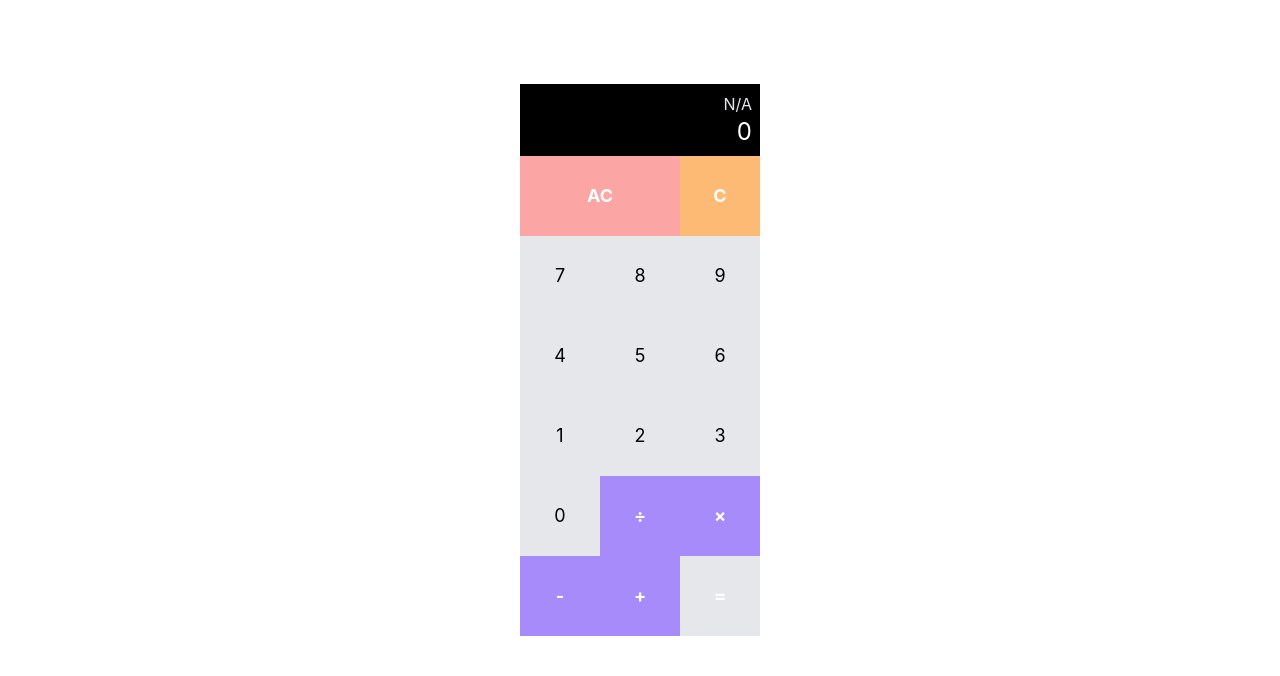
Repository: BrianPhamDev/calculator_app
Page: /
The author's editor kept a copy of each file at every save. The page is drawn from the files as they stood at one save, then again after the next save.
The browser window is 1280 px wide. The pictures show the whole page.
The project was rebuilt for these pictures with package versions that can differ from the ones it lists, and the page was loaded fresh each time. Also part of the build but not shown: vite.config.js.

Above is the page before, as saved 2024-01-09 14:48:27.

After the next save:
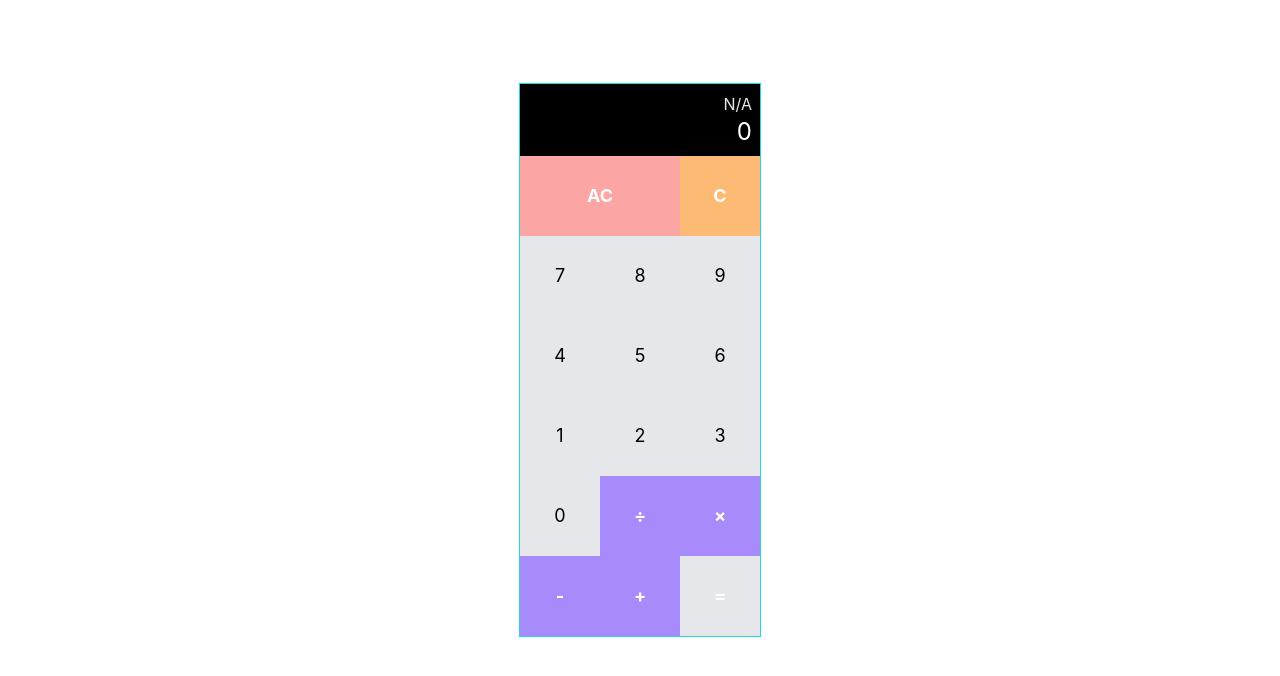
Saved 8 s later.
--- a/src/components/Calculator.jsx
+++ b/src/components/Calculator.jsx
@@ -16,7 +16,7 @@ const Calculator = () => {
   const [{ current, previous, operation }, dispatch] = useReducer(reducer, {});
 
   return (
-    <div className="border border-white">
+    <div className="border border-cyan-400">
       <div className="w-60 h-fit bg-black text-white flex flex-col items-end justify-around p-2 break-words break-all">
         <div className="previous text-gray-200">{previous || "N/A"}</div>
         <div className="current text-2xl">{current || "0"}</div>
